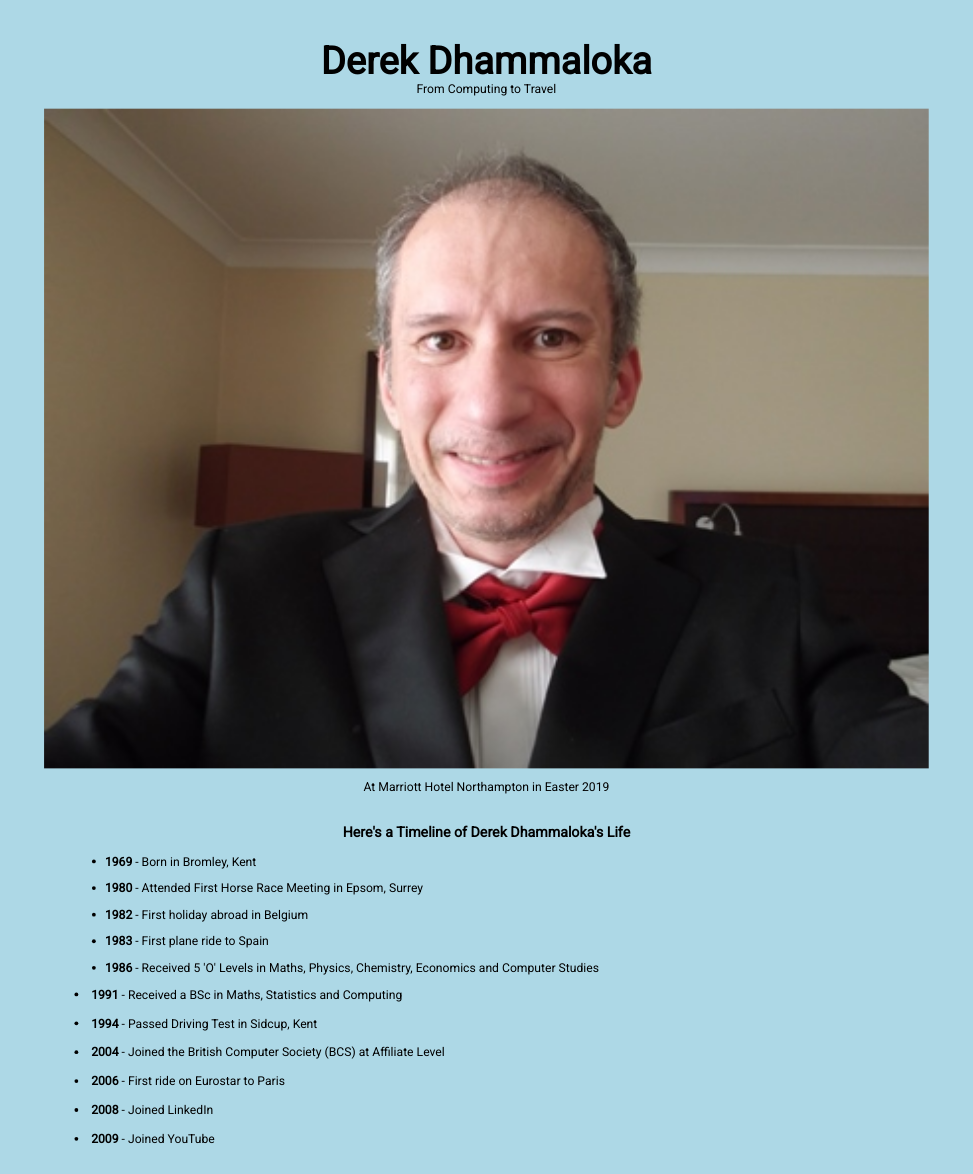
Repository: derektypist/tribute-page
Page: index.html
The author's editor kept a record of every edit. The page is drawn from the files as they stood at one moment, then again after the next edit.
The browser window is 1280 px wide. The pictures show the whole page, at 76% of full size.

Above is the page before.

After the next edit:
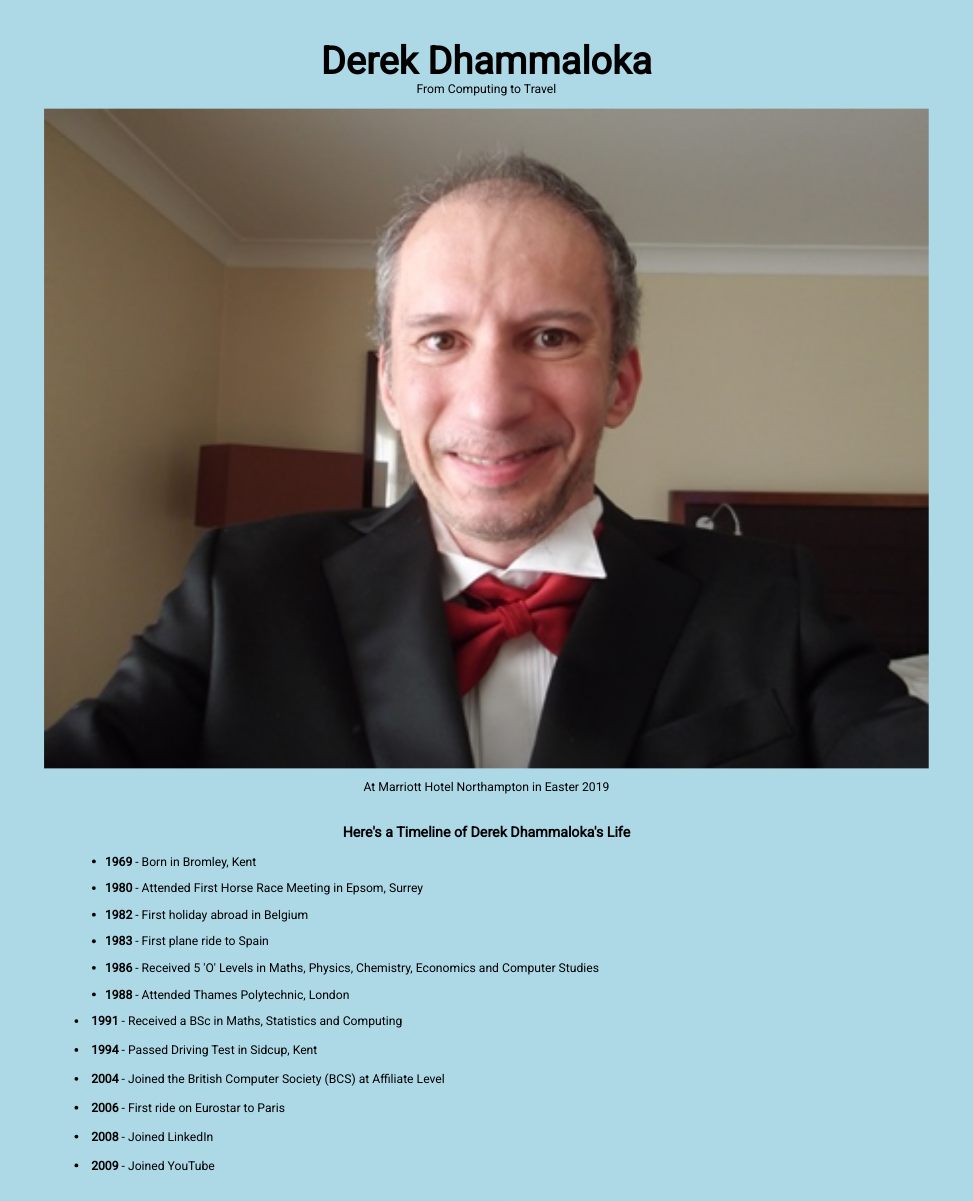
The edit:
--- a/index.html
+++ b/index.html
@@ -106,7 +106,7 @@
 
                 <!-- Display Information for 1988 -->
                 <ul>
-
+                    <li><strong>1988 </strong>- Attended Thames Polytechnic, London</li>
                 </ul>
 
 
